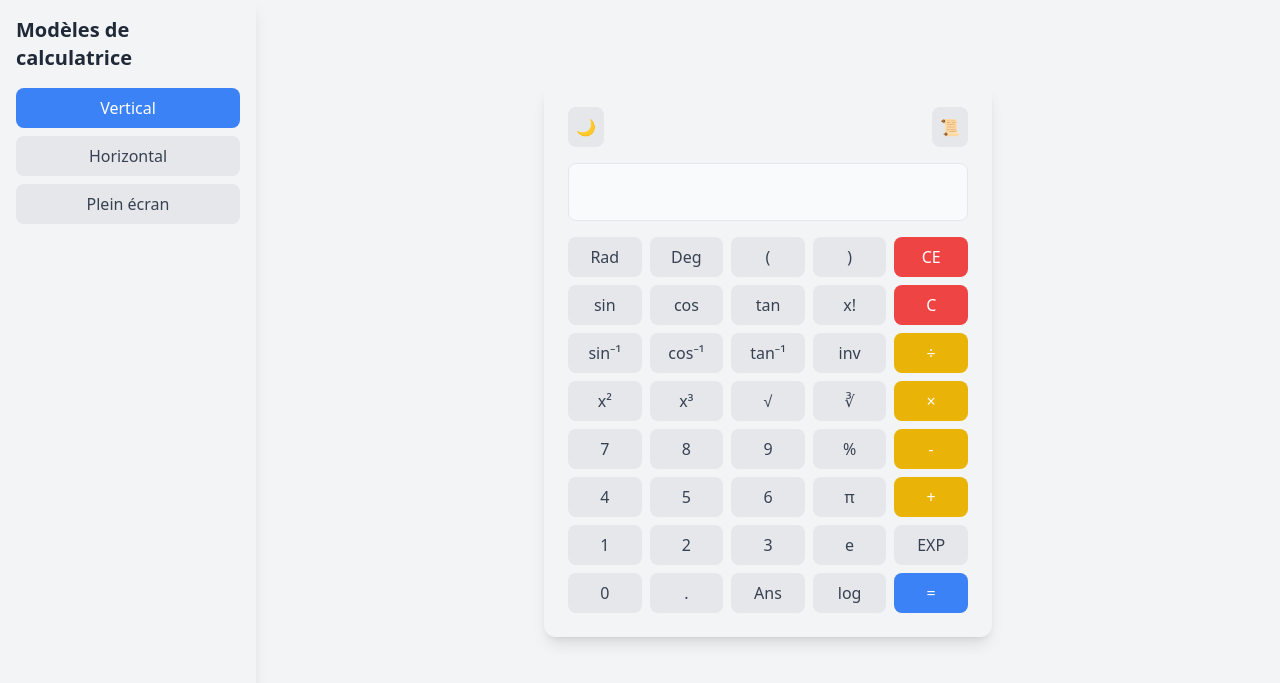
Repository: Sirinegaddour11/Calculator-App
Page: /
These files come from the project's save history. The page is drawn as it stood at one moment and after the next save; the edit follows.
The browser window is 1280 px wide. The pictures show the whole page.
The project was rebuilt for these pictures with package versions that can differ from the ones it lists, and the page was loaded fresh each time. The framework's server and built-in components were replaced by stand-ins that run in the browser. Also part of the build but not shown: next.config.mjs.

Above is the page before, as saved 2024-09-16 19:59:39.

After the next save:
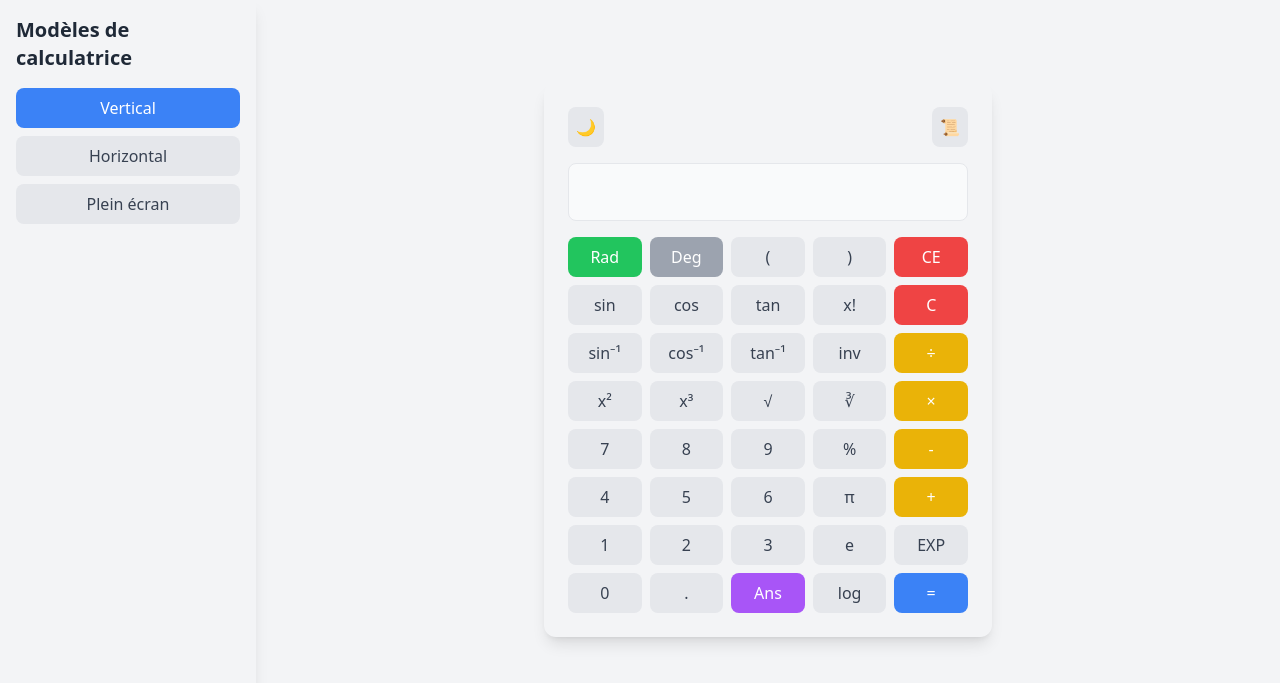
Saved 4 min 7 s later.
--- a/components/calculator.tsx
+++ b/components/calculator.tsx
@@ -287,6 +287,12 @@ const Calculator: React.FC = () => {
                       ? "bg-red-500 text-white hover:bg-red-600"
                       : ["+", "-", "×", "÷"].includes(btn)
                       ? "bg-yellow-500 text-white hover:bg-yellow-600"
+                      : ["Rad", "Deg"].includes(btn)
+                      ? isRadianMode === (btn === "Rad")
+                        ? "bg-green-500 text-white hover:bg-green-600"
+                        : "bg-gray-400 text-white hover:bg-gray-500"
+                      : btn === "Ans"
+                      ? "bg-purple-500 text-white hover:bg-purple-600"
                       : theme === "light"
                       ? "bg-gray-200 text-gray-700 hover:bg-gray-300"
                       : "bg-gray-600 text-white hover:bg-gray-500"
